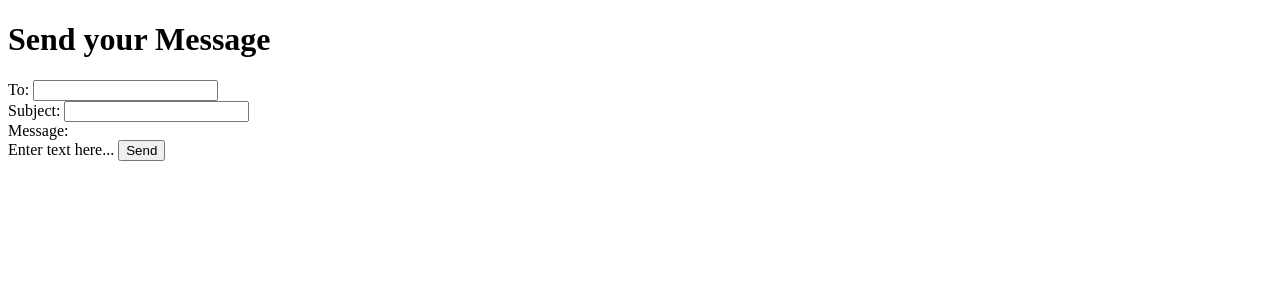
Repository: jzhang4/108-quizlet
Page: http://localhost/Quizlet/SendMessage.jsp
These files come from the project's save history. The page is drawn as it stood at one moment and after the next save; the edit follows.
The browser window is 1280 px wide. The pictures show the whole page.
The page is served by Tomcat 9. Nobody is signed in. The application's start-up code is not run. Other server files are loaded and not shown.

Above is the page before, as saved 2016-03-10 00:59:22.

### Quizlet/WebContent/SendMessage.jsp
<%@ page language="java" contentType="text/html; charset=UTF-8"
    pageEncoding="UTF-8"%>
<!DOCTYPE html PUBLIC "-//W3C//DTD HTML 4.01 Transitional//EN" "http://www.w3.org/TR/html4/loose.dtd">
<html>
<head>
<meta http-equiv="Content-Type" content="text/html; charset=UTF-8">
<title>Send New Message</title>
</head>
<body>

<h1>Send your Message</h1>

<form action="SendNewMessageServlet" method "post">
  To: <input type="text" name="recipient"><br>
  Subject: <input type="text" name="subject"><br>
  Message:<br><textare
  a name="comment" form="usrform">Enter text here...</textarea>
  <input type="submit" value="Send">
</form>

</body>
</html>

After the next save:
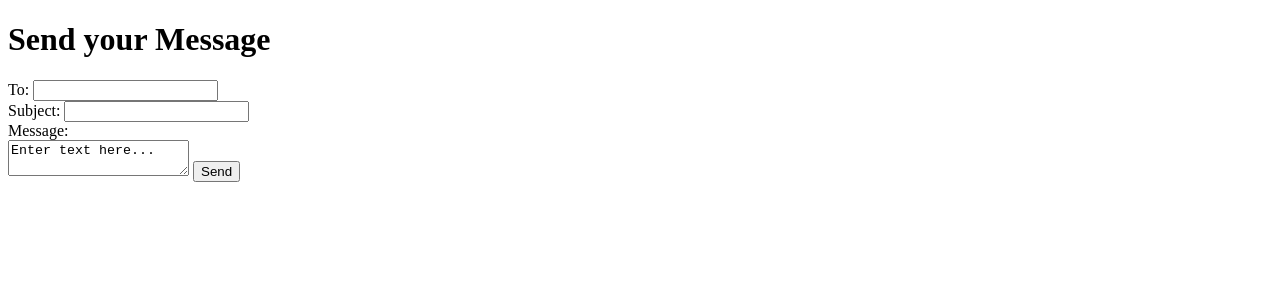
Saved 24 s later.
--- a/Quizlet/WebContent/SendMessage.jsp
+++ b/Quizlet/WebContent/SendMessage.jsp
@@ -13,8 +13,8 @@
 <form action="SendNewMessageServlet" method "post">
   To: <input type="text" name="recipient"><br>
   Subject: <input type="text" name="subject"><br>
-  Message:<br><textare
-  a name="comment" form="usrform">Enter text here...</textarea>
+  Message:<br>
+  <textarea name="comment" form="usrform">Enter text here...</textarea>
   <input type="submit" value="Send">
 </form>
 
